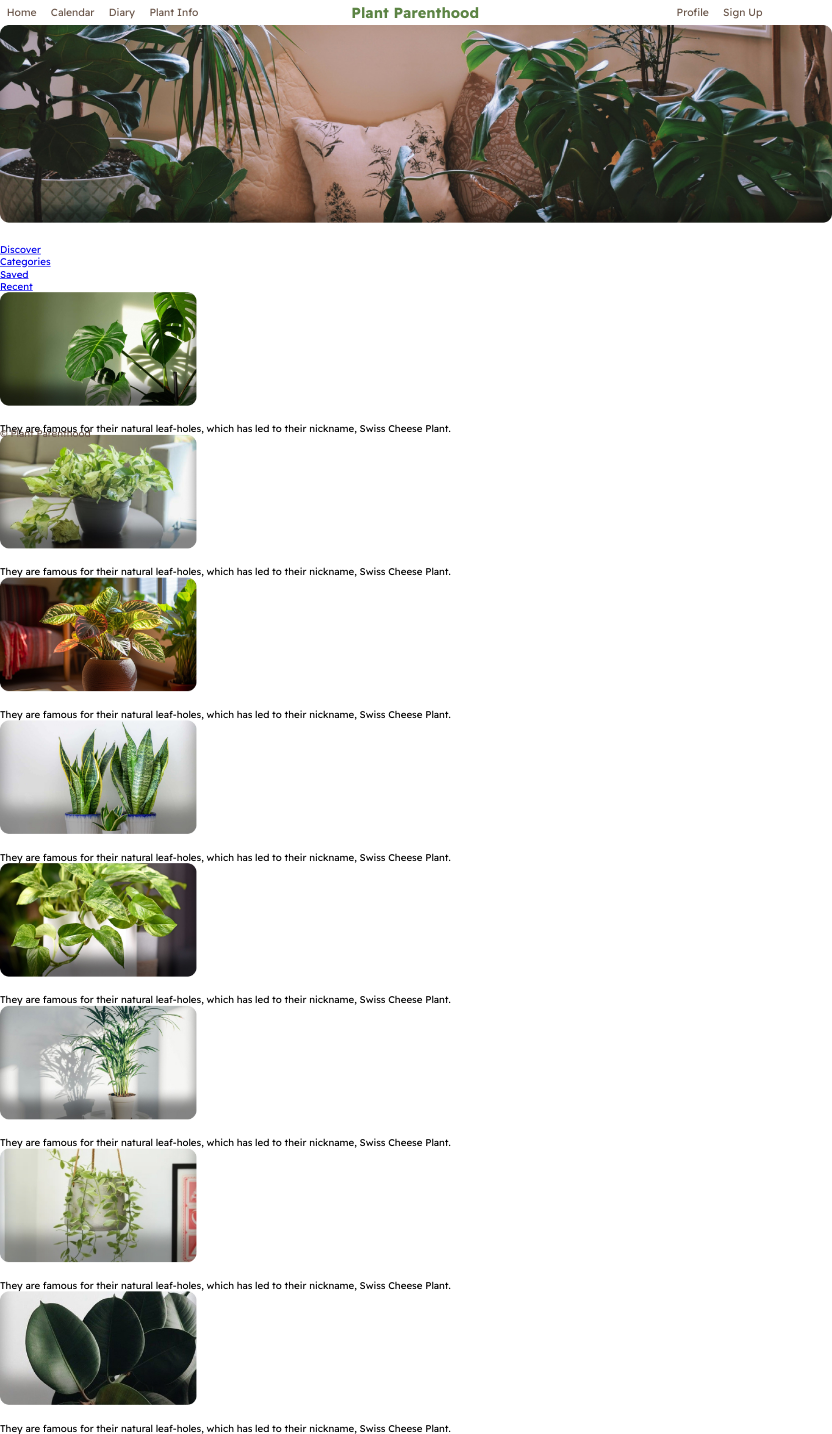
Repository: info340-sp24a/project-group7
Page: Homepage/index.html
These files come from the project's save history. The page is drawn as it stood at one moment and after the next save; the edit follows.
The browser window is 1280 px wide. The page is 1364 px wide, so the pictures cover 1364 px, including what lies to the right of the window. The pictures show the whole page, at 61% of full size.

Above is the page before, as saved 2024-04-21 21:14:03.

### Homepage/index.html
<!DOCTYPE html>
<html lang="en">
<head>
    <meta charset="utf-8">
    <meta name="author" content="Chantria Im, Faith Samson, Elroe, Vy Nguyen">
    <title>Plants Parenthood</title>
    <link rel="stylesheet" href="../Homepage/main.css">
    <link rel="stylesheet" href="../Homepage/home.css">
    <link href="https://fonts.googleapis.com/css2?family=Readex+Pro:wght@160..700&display=swap" rel="stylesheet">
</head>
<body>
    <!-- Navigation bar -->
    <nav class="navbar">
        <!-- Pages -->
        <div class="pages">
            <ul>
                <li><a href="../Homepage/index.html">Home</a></li>
                <li><a href="../Calender/calender.html">Calendar</a></li>
                <li><a href="../Diaries/diaries.html">Diary</a></li>
                <li><a href="../PlantINFO/Info.html">Plant Info</a></li>
            </ul>
        </div>
        <!-- Title -->
        <h1>Plant Parenthood</h1>
        <!-- Profile -->
        <div class="profile">
            <ul>
                <li><a href="login.html">Profile</a></li>
                <li><a href="../Login-page/login.html">Sign Up</a></li>
            </ul>
        </div>
    </nav>

    <main>
      <div class="banner">
        <!-- Banner Image -->
        <img src="../Homepage/img/Rectangle 6.jpg" alt="Banner Image" class="banner">

        <!-- Plant Gallery -->
        <section class="title-section">
          <h2>Houseplants</h2>
        </section>
        <section class="navigation-section">
          <nav>
              <ul>
                  <li><a href="#">Discover</a></li>
                  <li><a href="#">Categories</a></li>
                  <li><a href="#">Saved</a></li>
                  <li><a href="#">Recent</a></li>
              </ul>
          </nav>
      </section>
        <section class="plant-gallery">
            <div class="row">
                <!-- Plant 1 -->
                <div class="card">
                    <img src="../Homepage/img/Rectangle 68.jpg" alt="Plant 1">
                    <div class="card-content">
                        <h3 class="plant-name">Monstera</h3>
                        <p class="plant-blurb">They are famous for their natural leaf-holes, which has led to their nickname, Swiss Cheese Plant.</p>
                    </div>
                </div>
                <!-- Plant 2 -->
                <div class="card">
                    <img src="../Homepage/img/Rectangle 12.jpg" alt="Plant 2">
                    <div class="card-content">
                        <h3 class="plant-name">Monstera</h3>
                        <p class="plant-blurb">They are famous for their natural leaf-holes, which has led to their nickname, Swiss Cheese Plant.</p>
                    </div>
                </div>
                <!-- Plant 3 -->
                <div class="card">
                    <img src="../Homepage/img/Rectangle 13.jpg" alt="Plant 3">
                    <div class="card-content">
                        <h3 class="plant-name">Monstera</h3>
                        <p class="plant-blurb">They are famous for their natural leaf-holes, which has led to their nickname, Swiss Cheese Plant.</p>
                    </div>
                </div>
                <!-- Plant 4 -->
                <div class="card">
                    <img src="../Homepage/img/Rectangle 14.jpg" alt="Plant 4">
                    <div class="card-content">
                        <h3 class="plant-name">Monstera</h3>
                        <p class="plant-blurb">They are famous for their natural leaf-holes, which has led to their nickname, Swiss Cheese Plant.</p>
                    </div>
                </div>
                <!-- Plant 5 -->
                <div class="card">
                    <img src="../Homepage/img/Rectangle 72.jpg" alt="Plant 5">
                    <div class="card-content">
                        <h3 class="plant-name">Monstera</h3>
                        <p class="plant-blurb">They are famous for their natural leaf-holes, which has led to their nickname, Swiss Cheese Plant.</p>
                    </div>
                </div>
                <!-- Plant 6 -->
                <div class="card">
                    <img src="../Homepage/img/Rectangle 69.jpg" alt="Plant 6">
                    <div class="card-content">
                        <h3 class="plant-name">Monstera</h3>
                        <p class="plant-blurb">They are famous for their natural leaf-holes, which has led to their nickname, Swiss Cheese Plant.</p>
                    </div>
                </div>
                <!-- Plant 7 -->
                <div class="card">
                    <img src="../Homepage/img/Rectangle 70.jpg" alt="Plant 7">
                    <div class="card-content">
                        <h3 class="plant-name">Monstera</h3>
                        <p class="plant-blurb">They are famous for their natural leaf-holes, which has led to their nickname, Swiss Cheese Plant.</p>
                    </div>
                </div>
                <!-- Plant 8 -->
                <div class="card">
                    <img src="../Homepage/img/Rectangle 71.jpg" alt="Plant 8">
                    <div class="card-content">
                        <h3 class="plant-name">Monstera</h3>
                        <p class="plant-blurb">They are famous for their natural leaf-holes, which has led to their nickname, Swiss Cheese Plant.</p>
                    </div>
                </div>
            </div>
        </section>
    </main>

    <!-- Copyright -->
    <footer>
        <p>&copy; Plant Parenthood</p>
    </footer>

    <script src="index.js"></script>


</body>
</html>

### Homepage/main.css
/* Reset default margin and padding */
* {
    margin: 0;
    padding: 0;
    box-sizing: border-box;
    font-family: 'Readex Pro';
  }

  footer {
  color: #6C584C;
  position: absolute;
  bottom: 0;
  }

  h2 {
    color: white /* Change 'blue' to any color you prefer */
  }


  h3 {
    color: white /* Change 'blue' to any color you prefer */
  }

  /* Style for navigation bar */
  .navbar {
    background-color: #ffffff;
    color: #5C8444;
    padding: 10px 20px;
    display: flex;
    justify-content: space-between;
    align-items: center;
    padding: 10px;
  }

  .navbar .hamburger-btn {
  color: #6C584C;
  font-size: 1.5rem;
  cursor: pointer;
  display: none;
  }

  h1 {
  position:absolute;
  left:45%;
  text-align:center;

  }

  .navbar .pages {
   list-style-type: none;
   position: relative;
   left: 1px;
   font-size: 12px;
  }

  .navbar .profile {
  list-style-type: none;
  font-size: 12px;
  }

  .navbar ul li {
    display: inline;
    margin-right: 20px;
  }

  .navbar ul li a {
    text-decoration: none;
    color: #6C584C;
    font-size: 17px;
  }

  .navbar ul li a:hover {
    color:#CCD5AE; /* Change color on hover */
  }

Loaded but not shown: Homepage/index.js (no stored copy; drawn as an empty file); Homepage/home.css (empty)

After the next save:
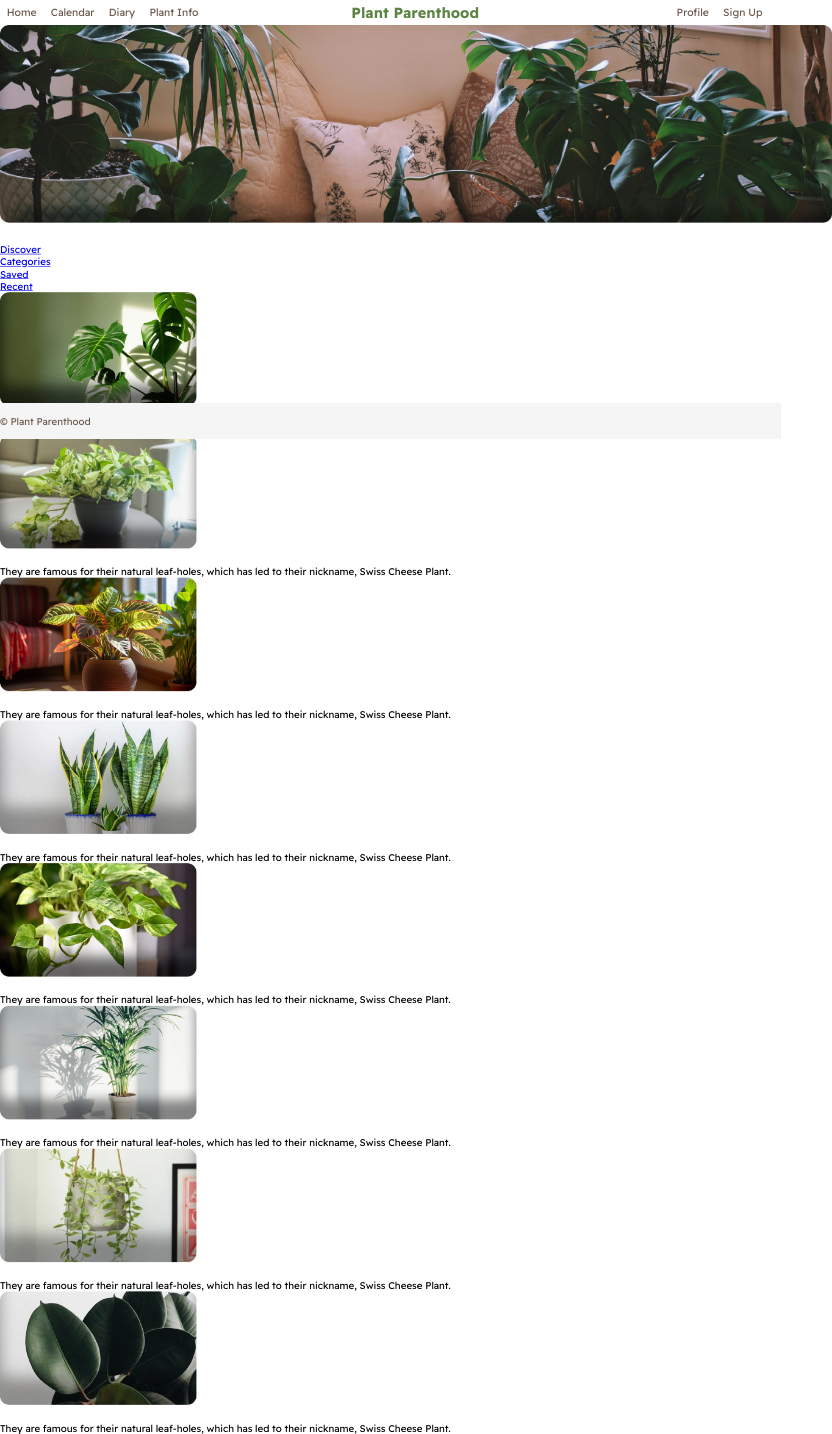
Saved 83 s later.
--- a/Homepage/main.css
+++ b/Homepage/main.css
@@ -5,12 +5,15 @@
     box-sizing: border-box;
     font-family: 'Readex Pro';
   }
+  footer {
+    color: #6C584C;
+    background-color: #f5f5f5; /* Example background color */
+    padding: 20px 0; /* Example padding */
+    width: 100%;
+    position: fixed;
+    bottom: 0;
+  }
 
-  footer {
-  color: #6C584C;
-  position: absolute;
-  bottom: 0;
-  }
 
   h2 {
     color: white /* Change 'blue' to any color you prefer */
